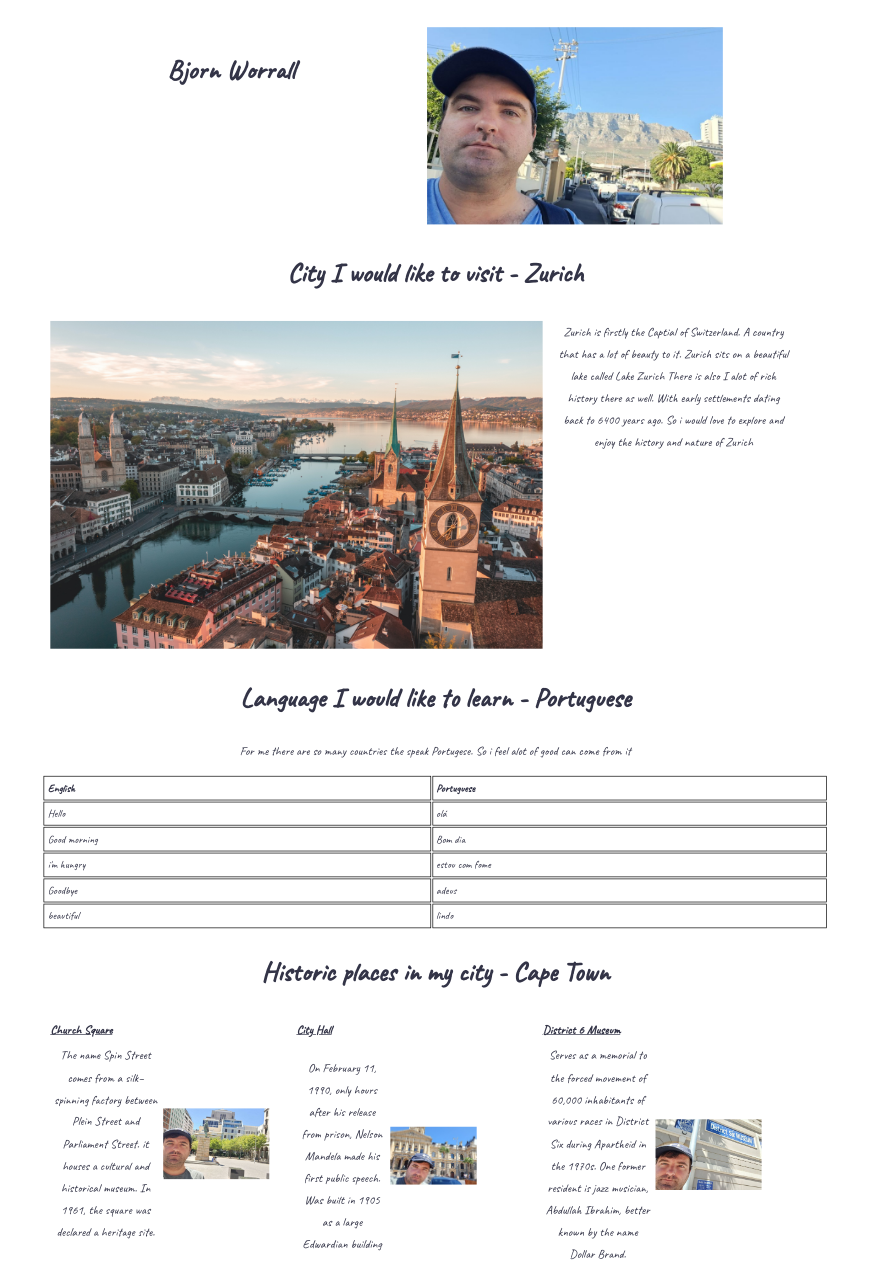
Repository: lasity34/basic-webpage
Page: my - webpage - grid.html
An editor plug-in stored every save of this project. The page is shown before and after the next save, followed by the edit.
The browser window is 1280 px wide. The pictures show the whole page, at 68% of full size.

Above is the page before, as saved 2023-03-07 08:21:42.

After the next save:
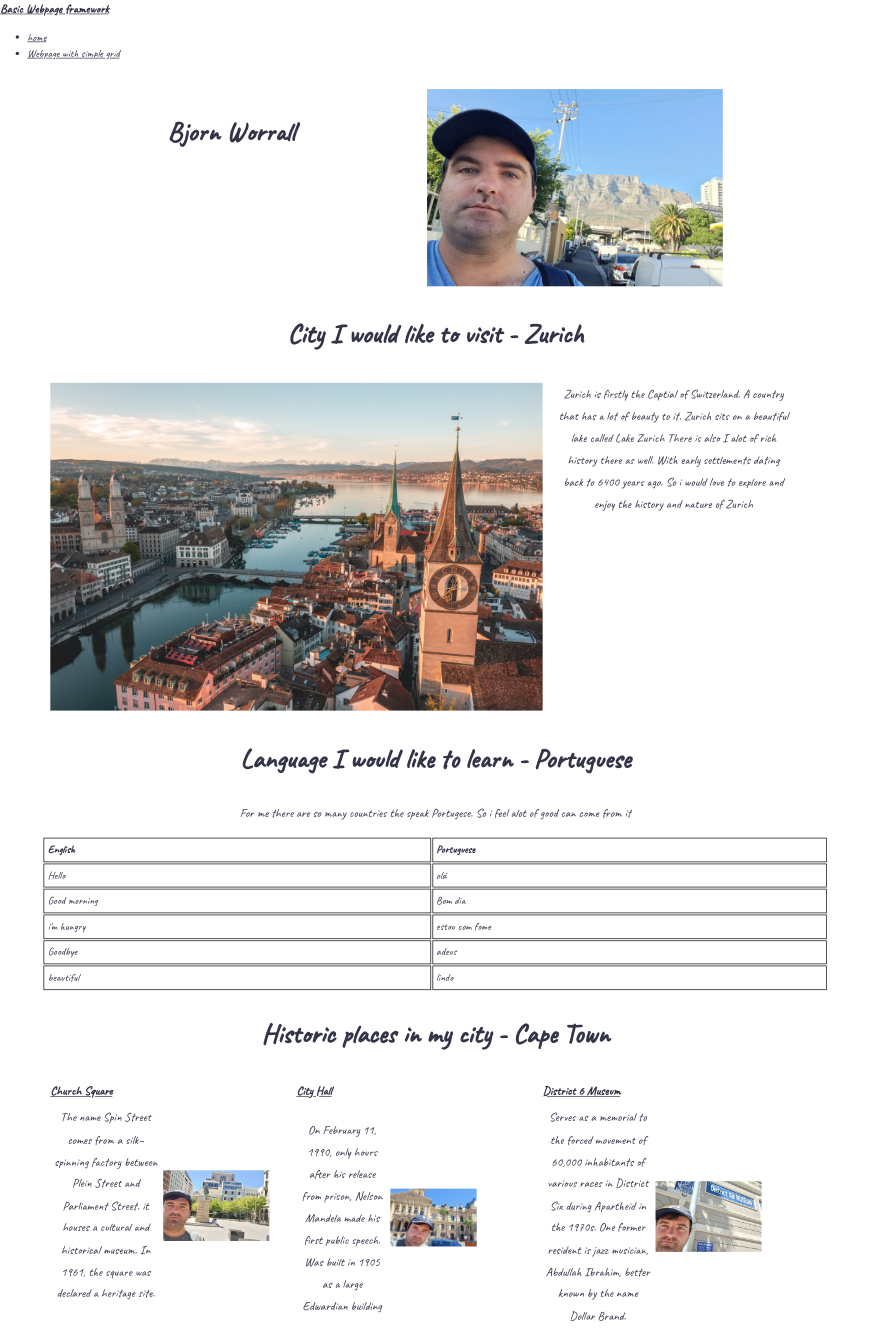
Saved 36 min 34 s later.
--- a/my - webpage - grid.html
+++ b/my - webpage - grid.html
@@ -16,8 +16,14 @@
     <title>Bjorns Profile Reponsive</title>
   </head>
   <body>
-    <header>
-
+      <header>
+      <nav id="nav_profile">
+        <h4>Basic Webpage framework</h4>
+        <ul>
+          <li><a href="./index.html">home</a></li>
+          <li><a href="./my - webpage - grid.html">Webpage with simple grid</a></li>
+        </ul>
+      </nav>
     </header>
     <main>
       <div class="container">
